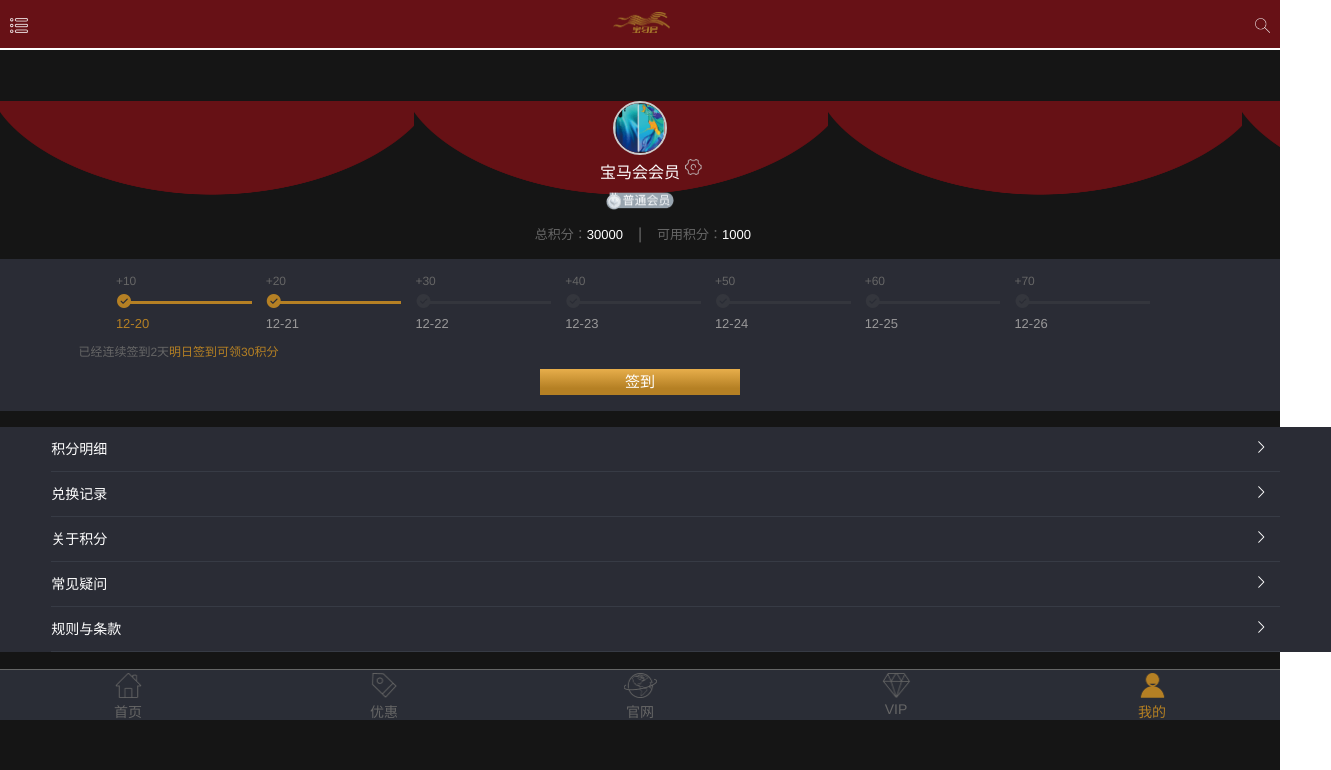
Repository: ada6688/IntegralMall
Page: /Member
These files come from the project's save history. The page is drawn as it stood at one moment and after the next save; the edit follows.
The browser window is 1280 px wide. The page is 1280 px wide, then 1331 px, so the pictures cover 1331 px, including what lies to the right of the window. The pictures show the whole page.
The project was rebuilt for these pictures with package versions that can differ from the ones it lists, and the page was loaded fresh each time. Also part of the build but not shown: src/components/page/notice.vue, src/components/page/shouye.vue, src/components/page/Vip.vue, src/components/page/Youhui.vue, src/router/index.js.

Above is the page before, as saved 2020-01-04 19:02:18.

### index.html
<!DOCTYPE html>
<html>
  <head>
    <meta charset="utf-8">
    <meta name="viewport" content="width=device-width,initial-scale=1.0">
    <title>integralmall</title>
  </head>
  <body>
    <div id="app"></div>
    <!-- built files will be auto injected -->
  </body>
</html>

### src/main.js
// The Vue build version to load with the `import` command
// (runtime-only or standalone) has been set in webpack.base.conf with an alias.
import Vue from 'vue'
import App from './App'
import router from './router'
import ElementUI from 'element-ui'
import 'element-ui/lib/theme-chalk/index.css'
import {Cell, CellGroup, Tabbar, TabbarItem, PullRefresh, Stepper, Tab, Tabs, Button, Row, Col, Swipe, SwipeItem, Lazyload, List, Field, NavBar} from 'vant'
import '../src/assets/css/common.css'
import '../src/assets/css/index.css'
import 'swiper/dist/css/swiper.css'
import VueAwesomeSwiper from 'vue-awesome-swiper'
// import BScroll from 'better-scroll'

// Vue.use(BScroll)
Vue.use(VueAwesomeSwiper)
Vue.use(ElementUI)
Vue.use(Cell).use(CellGroup).use(Tabbar).use(TabbarItem).use(Stepper).use(PullRefresh).use(Tab).use(Tabs).use(Field).use(NavBar).use(Button).use(Row).use(Col).use(Swipe).use(SwipeItem).use(Lazyload).use(List)

Vue.config.productionTip = false

/* eslint-disable no-new */
new Vue({
  el: '#app',
  router,
  components: {
    App
  },
  template: '<App/>'
})
router.beforeEach((to, from, next) => {
  let str = '<p>个人中心</p>'
  if (to.meta.title) {
    document.getElementById('top-logo-change').innerHTML = to.meta.title
    if (to.meta.title === str) {
      document.getElementById('top-nav-right').innerHTML = '<img src="/static/topnav/kf.png" alt="搜索">'
    } else {
      document.getElementById('top-nav-right').innerHTML = '<img src="/static/topnav/ss.png" alt="搜索">'
    }
    // document.title = to.meta.title
  }
  next()
})

### src/App.vue
<template>
  <div id="app">
    <TopNav></TopNav>
    <router-view/>
    <BottomNav></BottomNav>
  </div>
</template>

<script>
import BottomNav from '@/components/common/Bottomnav'
import TopNav from '@/components/common/Topnav'
export default {
  name: 'App',
  components: {
    BottomNav,
    TopNav
  }
}
</script>

<style>
#app {
  font-family: 'Avenir', Helvetica, Arial, sans-serif;
  -webkit-font-smoothing: antialiased;
  -moz-osx-font-smoothing: grayscale;
  text-align: center;
  color: #2c3e50;
  background: #151515;
  height: 100vh;
}
</style>

### src/assets/css/common.css
body,p,ul{
  margin: 0;
  padding: 0;
}
li{
  list-style: none;
}
/* 顶部栏 */
.top-nav{
  width: 100%;
  height: 3rem;
  line-height: 3.5rem;
  background-color: #671116;
  position: fixed;
  top: 0;
  z-index: 99;
}
.top-nav-logo{
  color: #B58024;
}
.top-nav > div{
  display: inline-block;
  height: 100%;
}
.top-nav-left{
  float: left;
  margin-left: 10px;
}
.top-nav-right{
  float: right;
  margin-right: 10px;
}
.banner-item > img{
  width: 100%;
}
.swiper-container{
  height: 7.28rem;
}
.top-nav-t{
  color: #B58024;
}
/* 每个一级页面共有class */
.main-wrap{
  margin-top: 3rem;
  margin-bottom: 3.125rem;
  background: #151515;
}
/* 公告 */
.Notice-sign{
  width: 2rem;
  height: 100%;
  background: url('../images/topnav/lb.png') center no-repeat;
  float: left;
  box-shadow: 1px 0px 5px rgba(0,0,0,0.8);
}
.Notice-textBox {
  width: 100%;
  height: 1.3rem;
  line-height: 1.3rem;
  font-size: .5rem;
  color: #999999;
  background: #2A2D36;
  overflow: hidden;
  position: relative;
  text-align: left;
  z-index: 9;
}
.Notice-text {
  width: 100%;
  padding-left: 42px;
  position: absolute;
  bottom: 0;
}
.slide-enter-active, .slide-leave-active {
  transition: all 0.5s linear;
}
.slide-enter{
  transform: translateY(20px) scale(1);
  opacity: 1;
}
.slide-leave-to {
  transform: translateY(-20px) scale(0.8);
  opacity: 0;
}
/* 底部导航 */
.bottom-tab{
  width:100%;
  height:3.125rem;
  background-color:#2A2D36;
  border-top: 1px solid #656666;
  position: fixed;
  left:0px;
  bottom:0px;
}
.tab-item{
  width: 20%;
  float: left;
  align-items:center;
  justify-content:center;
  font-size:14px;
  color:#666;
  z-index: 999;
}
.NavSigh{
    width:33px;
    margin-top:3px;
}
.on{
  color:#b58023;
}

### src/assets/css/index.css
/****************** 首页商品 *****************/
.products-item{
  width: 46.9%;
  height: 100px;
  padding-right: 2.9%;
  border-right: 1px solid #161616;
  border-bottom: 1px solid #161616;
  background: #292C35;
  float: left;
}
.products-item-even{
  width: 46.9%;
  height: 100px;
  border-bottom: 1px solid #161616;
  background: #292C35;
  padding-left: 2.9%;
  float: left;
}
.product-item-text{
  width: 50%;
  height: 70px;
  color: #ffffff;
  margin-top: 15px;
  float: left;
  text-align: left;
}
.product-item-text p{
  height: 43px;
  font-size: 15px;
  margin-bottom: 5px;
  display: -webkit-box;/*作为弹性伸缩盒子模型显示*/
  -webkit-line-clamp: 2; /*显示的行数；如果要设置2行加...则设置为2*/
  overflow: hidden; /*超出的文本隐藏*/
  text-overflow: ellipsis; /* 溢出用省略号*/
  -webkit-box-orient: vertical;
}
.product-item-text span{
  color: #B58024;
  font-size: 13px;
}
.product-item-img{
  width: 12%;
  height: 100px;
  display: table-cell;
  vertical-align: middle;
  /* float: left; */
}
.product-item-img img{
  max-width: 100%;
}
/******************* 优惠 *******************/
.yh-wrap div{
  padding: 1rem 1rem 0 1rem;
}
.yh-wrap img{
  width: 100%;
}
/******************* VIP *******************/
.level-welfare-wrap, .level-require-wrap{
  padding-bottom: 20px;
}
.VipTop-level-sign{
  display: inline-block;
}
.VipTop-level-text{
  position: absolute;
  bottom: -5px;
}
.vip-level-wrap ul li{
  float: left;
  width: 33.33%;
  height: 79px;
}
.vip-level-wrap ul div{
  width: 34px;
  height: 34px;
  border: 1px solid #CCCCCC;
  border-radius: 17px;
  margin-bottom: 9px;
  display: inline-block;
  vertical-align: middle;
}
.vip-level-wrap ul img{
  margin-top: 7px;
}
.vip-level-wrap ul li>p{
  color: #CCCCCC;
  font-size: 13px;
}
.Vip-level-T{
  color: #ffffff;
  font-size: 16px;
  font-weight: bold;
  text-align: left;
  padding: 15px 0 10px 17px;
  background: #2A2C35;
}
.Vip-level-tips{
  color: #F5BF1B;
  font-size: 13px;
  text-align: left;
  padding: 15px 20px 10px 17px;
  background: #2A2C35;
}
.level-rules-wrap{
  color: #CCCCCC;
  font-size: 12px;
  background: #2A2C35;
  text-align: left;
  padding: 15px 17px 16px 17px;
  margin-bottom: 50px;
}
.level-rules-wrap span{
  font-size: 16px;
  color: #ffffff;
  display: inline-block;
  margin-bottom: 9px;
}
.level-rules-wrap p{
  line-height: 24px;
  /* margin-top: 5px; */
}
.level-rules-wrap p:last-child{
  margin-bottom: 10px;
}
/******************* 个人中心 *******************/
.member-person-info{
  background: url('../images//member/member-bg.png');
}
.member-half-circle{
  width: 111%;
  height: 31%;
  border-radius: 50%;
  position: fixed;
  top: -13%;
  background: #661115;
  left: -5.8%;
  z-index: -1;
}
.member-wrap{
  width: 100%;
  position: fixed;
  top: 14%;
}
.member-img > img{
  width: 7vh;
  height: 7vh;
  border-radius: 100%;
  border: 2px solid #CCCCCC;
}
.member-name{
  color: #ffffff;
  font-size: 16px;
  position: relative;
}
.member-name img{
  position: absolute;
  margin-left: 5px;
  bottom: 8px;
}
.member-level-sign{
  margin: 8px 0 10px 0;
}
.member-integral{
  text-align: center;
}
.member-integral-slice{
  display: inline-block;
  color: #666666;
  margin: 0 15px;
}
.member-integral span{
  font-size: 13px;
  color: #ffffff;
}
.member-integral p{
  font-size: 13px;
  color: #666666;
  display: inline-block;
}
.member-total{
  width: 42%;
  display: inline-block;
  text-align: right;
}
.member-useful{
  width: 42%;
  display: inline-block;
  text-align: left;
}
.member-signIn{
  background: #2A2C35;
  padding: 15px 1rem 1rem 1rem;
  margin: 16px 0;
}
.member-signIn-status-1{
  width: 12%;
  text-align: left;
  display: inline-block;
}
.member-signIn-in{
  color: #666666;
  font-size: 12px;
  margin-bottom: 5px;
}
.member-signIn-date{
  color: #999899;
  font-size: 13px;
  margin-top: 5px;
}
.member-signIn-date-active{
  color: #B58024;
  font-size: 13px;
  margin-top: 5px;
}
.el-icon-success{
  color: #34363D;
}
.member-signIn-line{
  width: 84%;
  height: 3px;
  display: inline-block;
  background: #34363D;
  margin: 0 -34px 3px -6px;
}
.member-signIn-icon-active{
  color: #B58024 !important;
}
.member-signIn-active{
  background: #B58024 !important;
}
.member-signIn-tips{
  font-size: 12px;
  text-align-last: justify;
  padding: 0 5%;
  margin-top: 10px;
}
.member-signIn-tips p{
  display: inline-block;
}
.member-signIn-tips p:first-child{
  color: #666666;
}
.member-signIn-tips p:last-child{
  color: #B58024;
}
.member-signIn-button{
  width:200px;
  height:26px;
  line-height: 26px;
  color: #ffffff;
  font-size: 15px;
  margin: 0 auto;
  background:linear-gradient(0deg,rgba(181,128,36,1) 26%,rgba(231,174,75,1) 100%);
  margin-top: 10px;
}
.member-more-detail{
  width: 96%;
  line-height: 44px;
  color: #ffffff;
  background: #2A2C35;
  padding: 0 4%;
}
.member-jifen,.member-duihuan,.member-guanyu,.member-yiwen,.member-guize{
  height: 44px;
  border-bottom: 1px solid #373B45;
}
.member-jifen-T{
  font-size: 14px;
  float: left;
  margin-right: 66%;
}
.el-icon-arrow-right{
  width: 7px;
  height: 7px;
  position: absolute;
  right: 20px;
  margin-top: 12px;
}

### src/components/common/Bottomnav.vue
<template>
  <div class="bottom-tab">
    <div class="tab-item" @click="switchTo('/shouye')">
      <img class="NavSigh" :src="'/shouye' === $route.path ? tabBarImgArr[0].selected : tabBarImgArr[0].normal" alt="首页">
      <p :class="{on: '/shouye' === $route.path}">首页</p>
    </div>
    <div class="tab-item" @click="switchTo('/Youhui')">
      <img class="NavSigh" :src="'/Youhui' === $route.path ? tabBarImgArr[1].selected : tabBarImgArr[1].normal" alt="推荐">
      <p :class="{on: '/Youhui' === $route.path}">优惠</p>
    </div>
    <div class="tab-item">
      <img class="NavSigh" :src="'/' === $route.path ? tabBarImgArr[2].selected : tabBarImgArr[2].normal" alt="搜索">
      <p :class="{on: '/' === $route.path}">官网</p>
    </div>
    <div class="tab-item" @click="switchTo('/Vip')">
      <img class="NavSigh" :src="'/Vip' === $route.path ? tabBarImgArr[3].selected : tabBarImgArr[3].normal" alt="聊天">
      <p :class="{on: '/Vip' === $route.path}">VIP</p>
    </div>
    <div class="tab-item" @click="switchTo('/Member')">
      <img class="NavSigh" :src="'/Member' === $route.path ? tabBarImgArr[4].selected : tabBarImgArr[4].normal" alt="我的">
      <p :class="{on: '/Member' === $route.path}">我的</p>
    </div>
  </div>
</template>
<script>
export default {
  data () {
    return {
      tabBarImgArr: [
        {normal: require('../../assets/images/navLogo/sy_x.png'), selected: require('../../assets/images/navLogo/sy.png')},
        {normal: require('../../assets/images/navLogo/yh_x.png'), selected: require('../../assets/images/navLogo/yh.png')},
        {normal: require('../../assets/images/navLogo/gw_x.png'), selected: require('../../assets/images/navLogo/gw.png')},
        {normal: require('../../assets/images/navLogo/zs_x.png'), selected: require('../../assets/images/navLogo/zs.png')},
        {normal: require('../../assets/images/navLogo/wd_x.png'), selected: require('../../assets/images/navLogo/wd.png')}
      ]
    }
  },
  methods: {
    switchTo (path) {
      this.$router.replace(path)
    }
  }
}
</script>
<style>

</style>

### src/components/common/Topnav.vue
<template>
  <div class="top-nav">
    <div class="top-nav-left">
      <img src="../../assets/images/topnav/cd.png" alt="菜单">
    </div>
    <div id="top-logo-change" class="top-nav-logo">
      <img src="../../assets/images/topnav/logo.png" alt="logo">
    </div>
    <div id="top-nav-right" class="top-nav-right">
      <img src="../../assets/images/topnav/ss.png" alt="搜索">
    </div>
  </div>
</template>
<script>
export default {
  data () {
    return {
      tabBarImgArr: [
        {normal: require('../../assets/images/topnav/logo.png')},
        {normal: require('../../assets/images/topnav/ss.png')},
        {normal: require('../../assets/images/topnav/cd.png')}
      ]
    }
  }
}
</script>
<style>

</style>

### src/components/page/Member.vue
<template>
  <div class="main-wrap">
    <div class="member-wrap">
    <!-- <div class="member-half-circle"></div> -->
      <!-- 会员信息 -->
      <div class="member-person-info">
        <!-- 会员头像 -->
        <div class="member-img">
          <img src="../../assets/images/products/hw.png" alt="">
        </div>
        <!-- 会员名称与设置图标 -->
        <p class="member-name">
          <span>宝马会会员</span>
          <img src="../../assets/images/member/sz.png" alt="">
        </p>
        <!-- 会员等级图标 -->
        <div class="member-level-sign">
          <img src="../../assets/images/member/pt.png" alt="">
        </div>
        <div class="member-integral">
          <div class="member-total">
            <p>总积分：</p>
            <span>30000</span>
          </div>
          <div class="member-integral-slice">|</div>
          <div class="member-useful">
            <p>可用积分：</p>
            <span>1000</span>
          </div>
        </div>
      </div>
      <!-- 签到 -->
      <div class="member-signIn">
        <div class="member-signIn-status">
          <!-- 签到进度条 -->
          <div class="member-signIn-status-1">
            <p class="member-signIn-in">+10</p>
            <i class="el-icon-success member-signIn-icon-active"></i>
            <span class="member-signIn-line member-signIn-active"></span>
            <p class="member-signIn-date-active">12-20</p>
          </div>
          <div class="member-signIn-status-1">
            <p class="member-signIn-in">+20</p>
            <i class="el-icon-success member-signIn-icon-active"></i>
            <span class="member-signIn-line member-signIn-active"></span>
            <p class="member-signIn-date">12-21</p>
          </div>
          <div class="member-signIn-status-1">
            <p class="member-signIn-in">+30</p>
            <i class="el-icon-success"></i>
            <span class="member-signIn-line"></span>
            <p class="member-signIn-date">12-22</p>
          </div>
          <div class="member-signIn-status-1">
            <p class="member-signIn-in">+40</p>
            <i class="el-icon-success"></i>
            <span class="member-signIn-line"></span>
            <p class="member-signIn-date">12-23</p>
          </div>
          <div class="member-signIn-status-1">
            <p class="member-signIn-in">+50</p>
            <i class="el-icon-success"></i>
            <span class="member-signIn-line"></span>
            <p class="member-signIn-date">12-24</p>
          </div>
          <div class="member-signIn-status-1">
            <p class="member-signIn-in">+60</p>
            <i class="el-icon-success"></i>
            <span class="member-signIn-line"></span>
            <p class="member-signIn-date">12-25</p>
          </div>
          <div class="member-signIn-status-1">
            <p class="member-signIn-in">+70</p>
            <i class="el-icon-success"></i>
            <span class="member-signIn-line"></span>
            <p class="member-signIn-date">12-26</p>
          </div>
          <div class="member-signIn-tips">
            <p>已经连续签到2天</p>
            <p>明日签到可领30积分</p>
          </div>
          <!-- 签到按钮 -->
          <div class="member-signIn-button">签到</div>
        </div>
      </div>
      <!-- 积分明细，兑换记录，积分详情疑问规则等 -->
      <div class="member-more-detail">
        <div class="member-jifen">
          <div  class="member-jifen-T">积分明细</div>
          <i class="el-icon-arrow-right"></i>
        </div>
        <div class="member-duihuan">
          <div  class="member-jifen-T">兑换记录</div>
          <i class="el-icon-arrow-right"></i>
        </div>
        <div class="member-guanyu">
          <div  class="member-jifen-T">关于积分</div>
          <i class="el-icon-arrow-right"></i>
        </div>
        <div class="member-yiwen">
          <div  class="member-jifen-T">常见疑问</div>
          <i class="el-icon-arrow-right"></i>
        </div>
        <div class="member-guize">
          <div  class="member-jifen-T">规则与条款</div>
          <i class="el-icon-arrow-right"></i>
        </div>
      </div>
    </div>
  </div>
</template>
<script>
export default {
  name: 'App',
  components: {
  },
  data () {
    return {
      active: 0
    }
  }
}
</script>
<style>

</style>

After the next save:
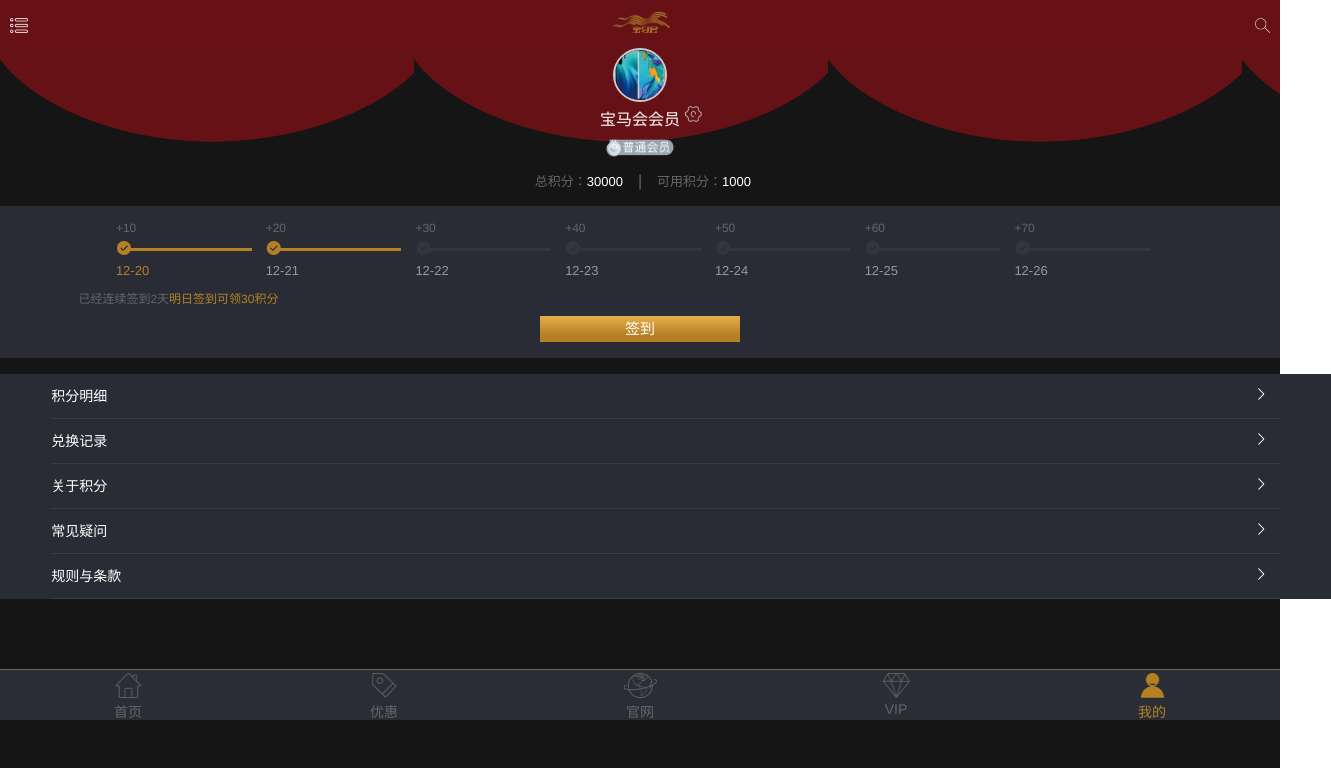
Saved 68 s later.
--- a/src/assets/css/index.css
+++ b/src/assets/css/index.css
@@ -138,9 +138,7 @@
   z-index: -1;
 }
 .member-wrap{
-  width: 100%;
-  position: fixed;
-  top: 14%;
+
 }
 .member-img > img{
   width: 7vh;
